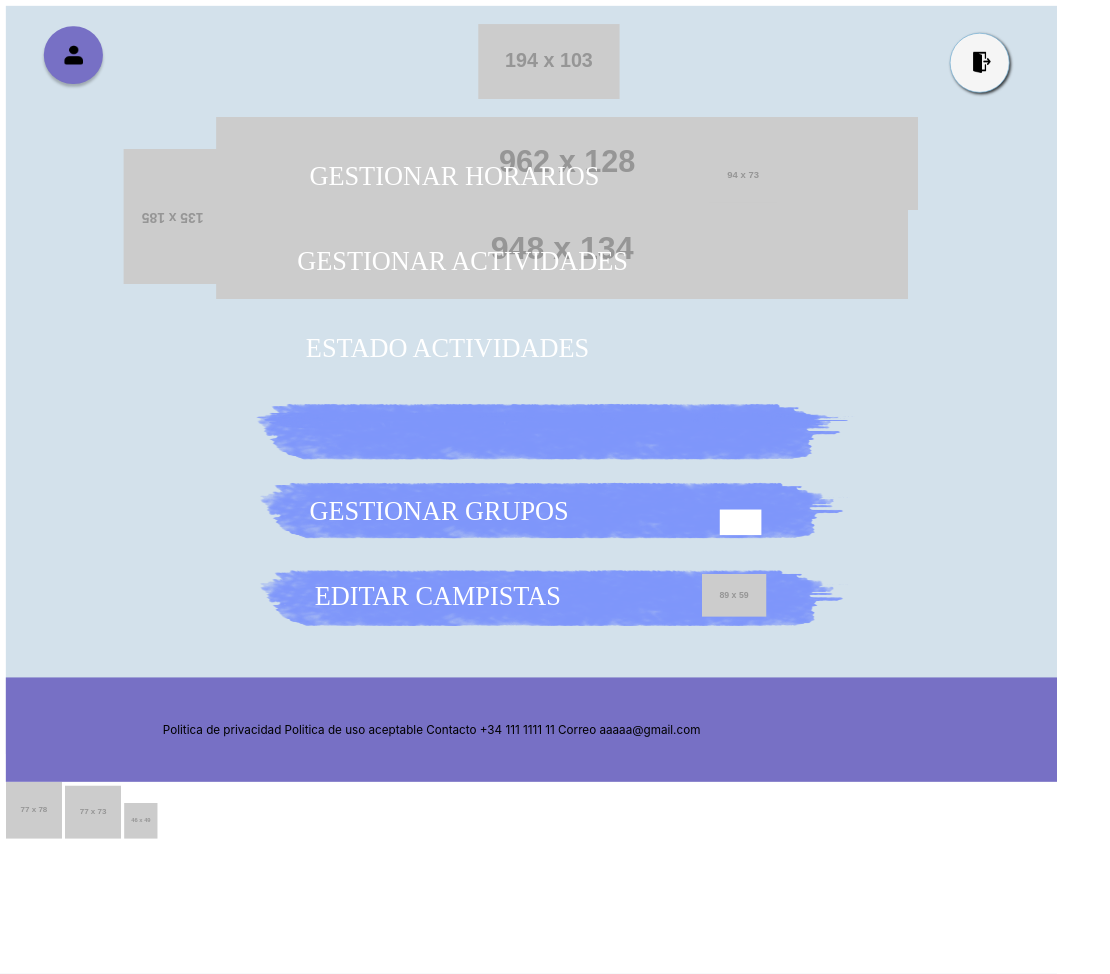
Repository: maariadomiingo/Proyecto-Integrador-Campamento
Page: html/interfaz_coordinador.html
These files come from the project's save history. The page is drawn as it stood at one moment and after the next save; the edit follows.
The browser window is 1280 px wide. The page is 1448 px wide, then 1520 px, then 1448 px, so the pictures cover 1520 px, including what lies to the right of the window. The pictures show the whole page, at 73% of full size.

Above is the page before, as saved 2025-01-31 12:32:17.

After the next save:
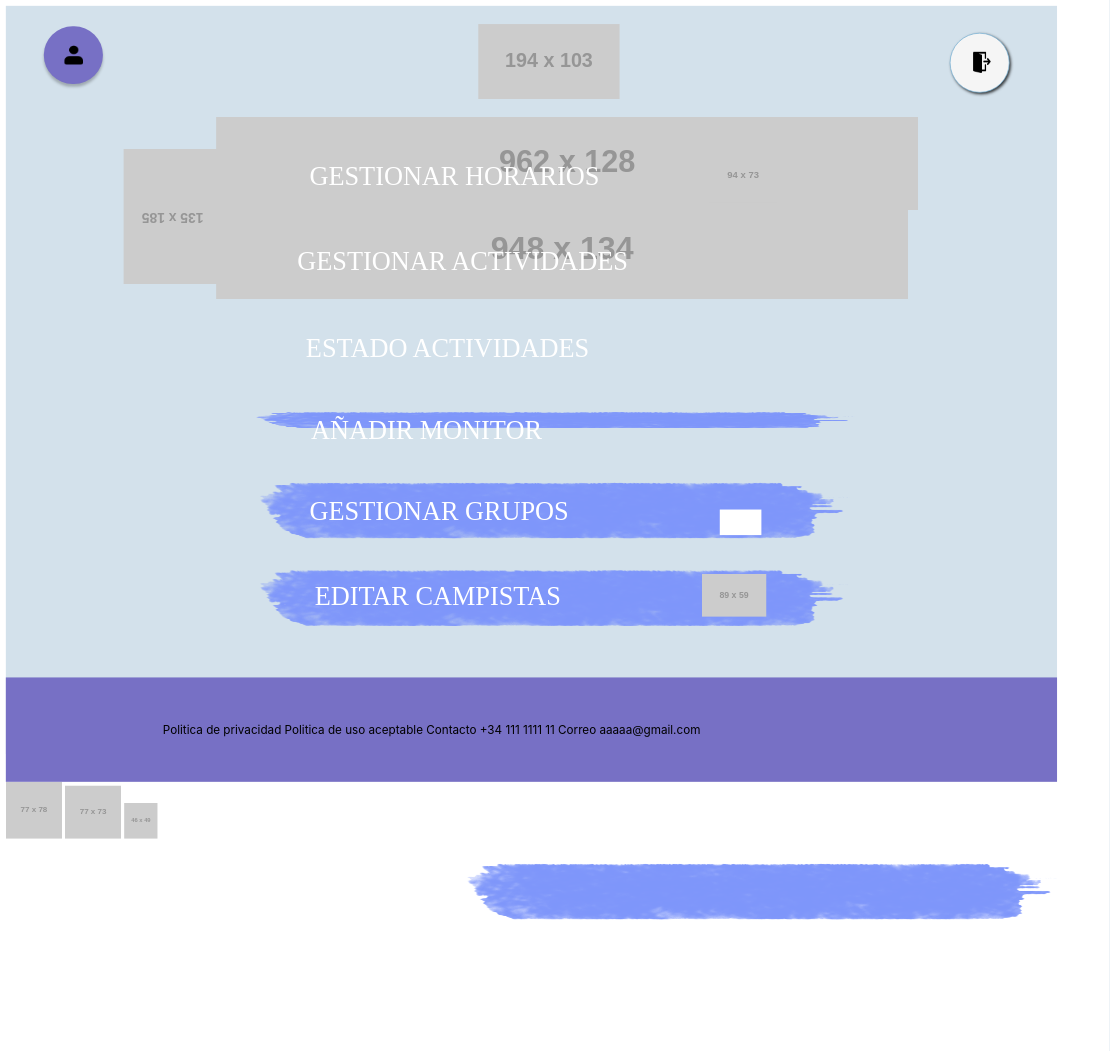
Saved 23 s later.
--- a/html/interfaz_coordinador.html
+++ b/html/interfaz_coordinador.html
@@ -24,7 +24,7 @@
     <div style="width: 455px; height: 17.65px; left: 137px; top: 44px; position: absolute; color: white; font-size: 36px; font-family: Montserrat; font-weight: 500; word-wrap: break-word">AÑADIR MONITOR</div>
   </div>
   <div style="width: 955px; height: 114px; left: 284px; top: 402px; position: absolute">
-    <img style="width: 940px; height: 400px; left: 0px; top: 0px; position: absolute" src="../img/trazo-pincel.png" />
+    <img style="width: 940px; height: 400px; left: 288px; top: 630px; position: absolute" src="../img/trazo-pincel.png" />
     <div style="width: 533px; height: 18.30px; left: 127px; top: 46.41px; position: absolute; color: white; font-size: 36px; font-family: Montserrat; font-weight: 500; word-wrap: break-word">ESTADO ACTIVIDADES</div>
   </div>
   <div style="width: 948px; height: 134px; left: 288px; top: 268px; position: absolute">

After the 2 saves that followed:
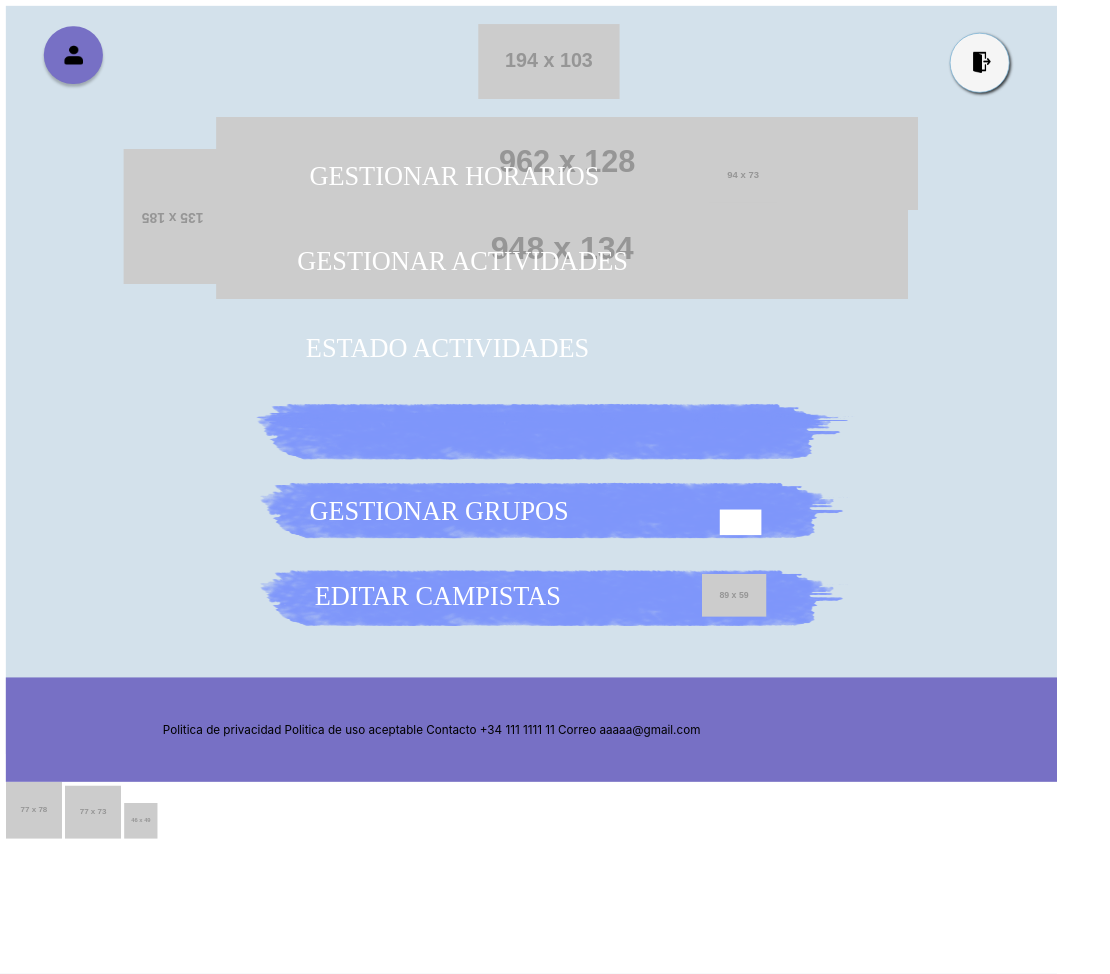
The 2 saves are shown as one change because they came seconds apart.
The last was saved 8 s later.
--- a/html/interfaz_coordinador.html
+++ b/html/interfaz_coordinador.html
@@ -24,7 +24,7 @@
     <div style="width: 455px; height: 17.65px; left: 137px; top: 44px; position: absolute; color: white; font-size: 36px; font-family: Montserrat; font-weight: 500; word-wrap: break-word">AÑADIR MONITOR</div>
   </div>
   <div style="width: 955px; height: 114px; left: 284px; top: 402px; position: absolute">
-    <img style="width: 940px; height: 400px; left: 288px; top: 630px; position: absolute" src="../img/trazo-pincel.png" />
+    <img style="width: 940px; height: 400px; left: 0px; top: 0px; position: absolute" src="../img/trazo-pincel.png" />
     <div style="width: 533px; height: 18.30px; left: 127px; top: 46.41px; position: absolute; color: white; font-size: 36px; font-family: Montserrat; font-weight: 500; word-wrap: break-word">ESTADO ACTIVIDADES</div>
   </div>
   <div style="width: 948px; height: 134px; left: 288px; top: 268px; position: absolute">
